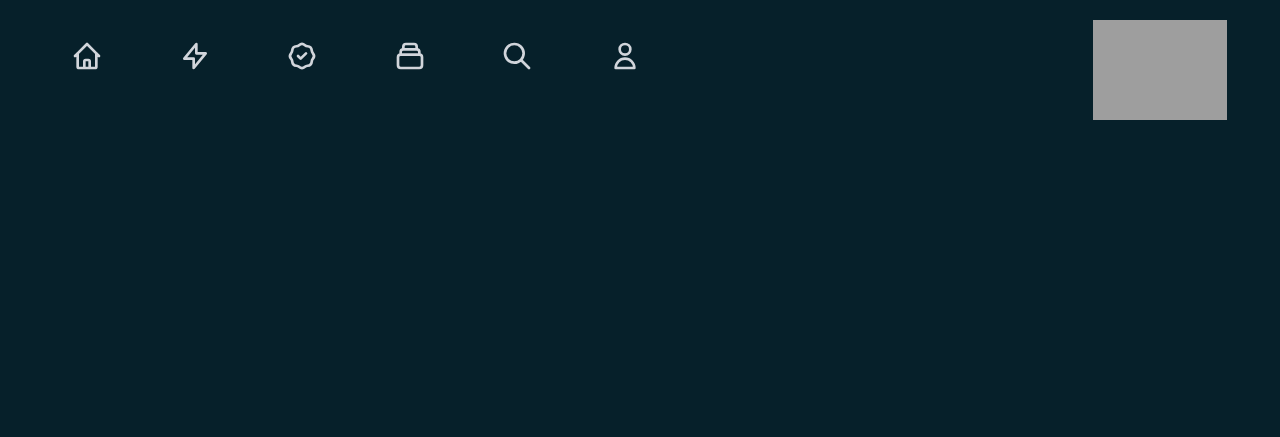
Repository: judahsullivan/hulu-next-clone
Page: /
These files come from the project's save history. The page is drawn as it stood at one moment and after a run of saves; the edit follows.
The browser window is 1280 px wide. The pictures show the whole page.
Pictures or frames that could not be fetched are drawn as grey boxes. The project was rebuilt for these pictures with package versions that can differ from the ones it lists, and the page was loaded fresh each time. The framework's server and built-in components were replaced by stand-ins that run in the browser. Also part of the build but not shown: next.config.js.

Above is the page before, as saved 2022-10-05 12:04:36.

After the next 4 saves:
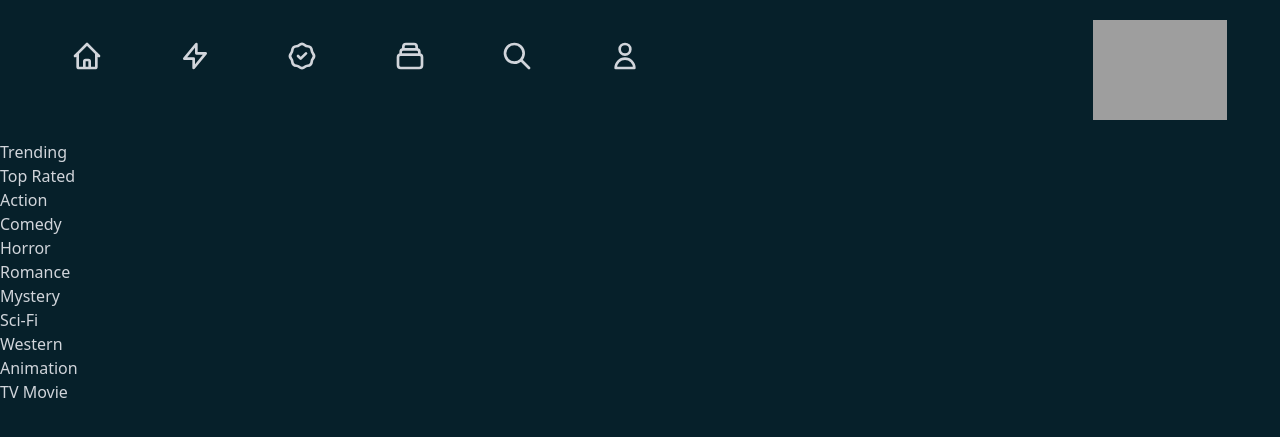
The 4 saves are shown as one change because 1 did not build or start and some came seconds apart.
The last was saved 49 s later.
--- a/components/Nav.js
+++ b/components/Nav.js
@@ -5,9 +5,11 @@ function Nav() {
     <nav>
         <div>
             {Object.entries(request).map(([key,{
-                title, url}]) => {
+                title, url}]) => (
+
+
                     <h2>{title}</h2>
-                })}
+                ))}
 
         </div>
 
